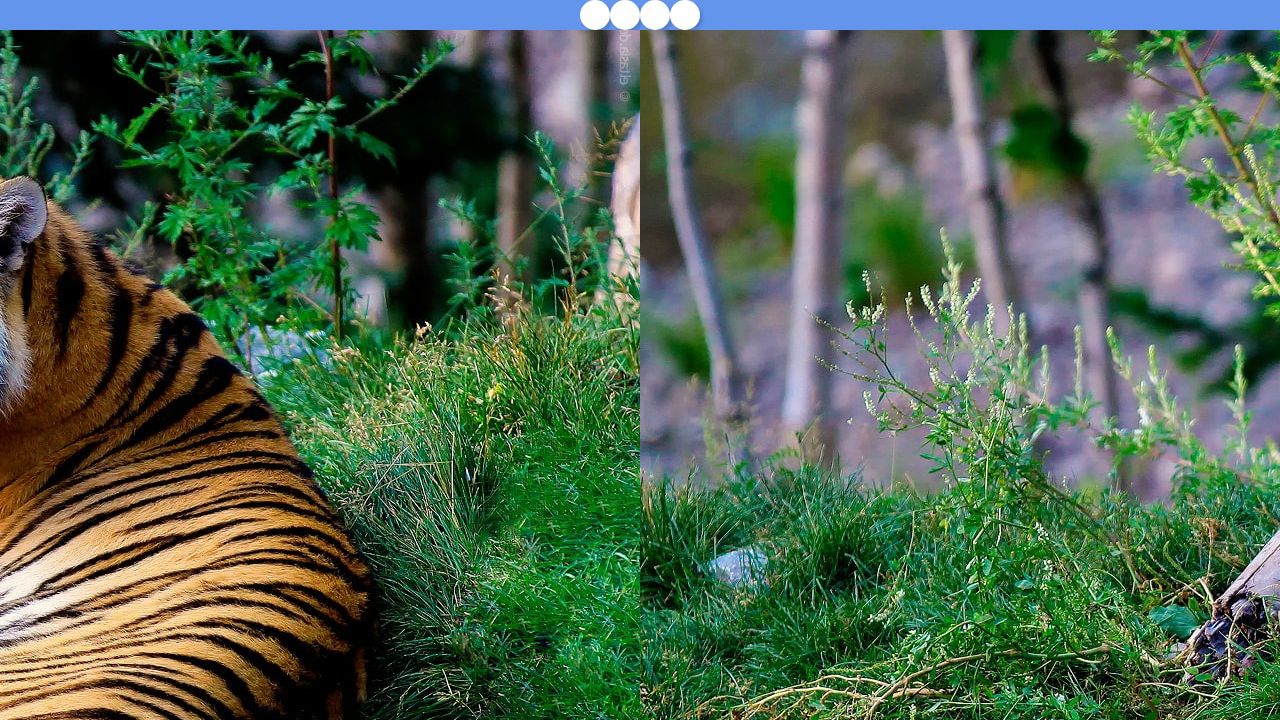
Repository: sylviaah/dynamicmidterm
Page: slider/slider.html
These files come from the project's save history. The page is drawn as it stood at one moment and after the next save; the edit follows.
The browser window is 1280 px wide. The pictures show the whole page.

Above is the page before, as saved 2020-03-13 12:39:54.

After the next save:
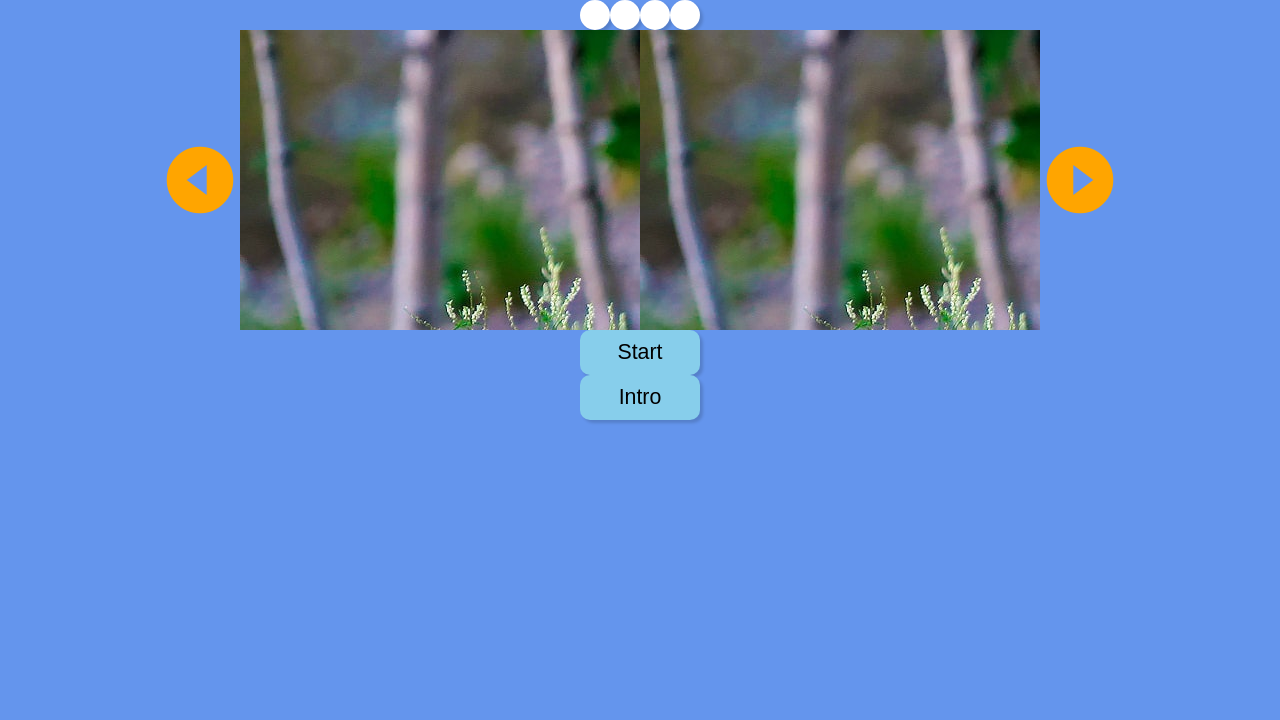
Saved 58 s later.
--- a/slider/slider.css
+++ b/slider/slider.css
@@ -43,6 +43,12 @@
     font-size: 80px;
 }
 
+.image_div{
+    width:400px;
+    height: 300px;
+    overflow: hidden;
+}
+
 .menu_start, .menu_intro{
     display: flex;
     width: 100px;
